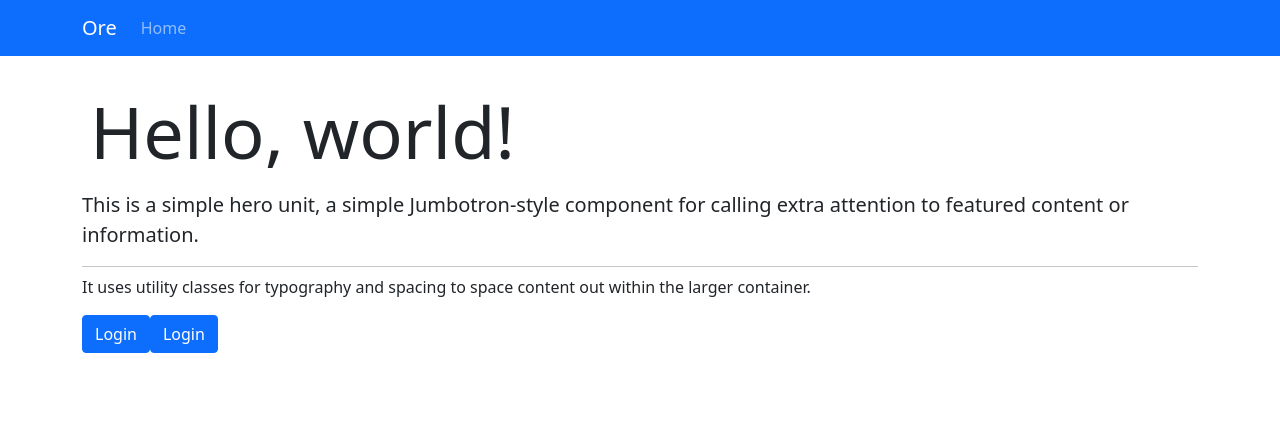
Repository: thf4/React-Front
Page: /
The author's editor kept a copy of each file at every save. The page is drawn from the files as they stood at one save, then again after the next save.
The browser window is 1280 px wide. The pictures show the whole page.
The project was rebuilt for these pictures with package versions that can differ from the ones it lists, and the page was loaded fresh each time. Also part of the build but not shown: src/config/index.js, src/pages/Home/index.js, src/pages/Vizualizar/index.js, src/config/cadastrar.js, src/pages/Cadastrar/index.js, src/pages/Editar/index.js.

Above is the page before, as saved 2021-05-07 15:44:32.

After the next save:
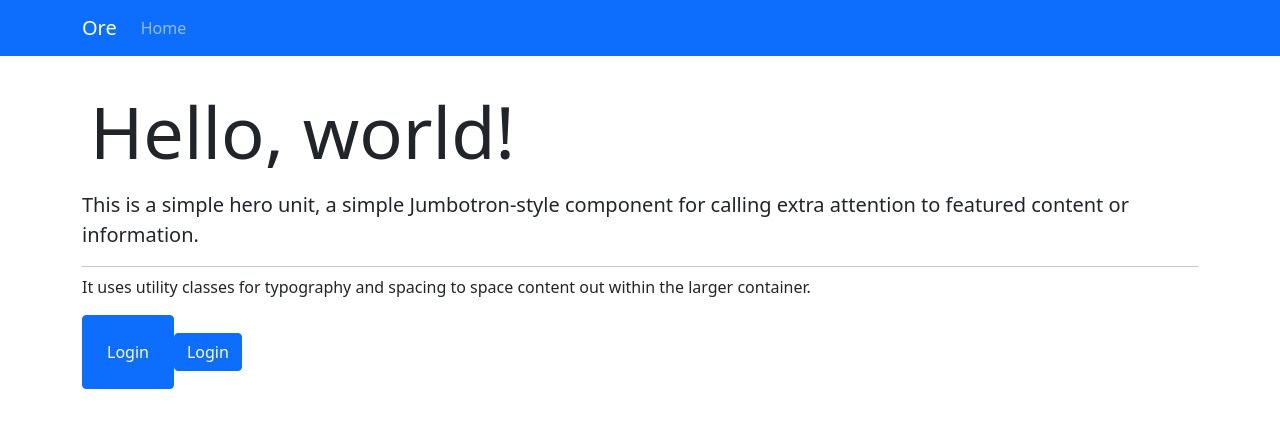
Saved 8 s later.
--- a/src/pages/Login/index.js
+++ b/src/pages/Login/index.js
@@ -17,7 +17,7 @@
             out within the larger container.
           </p>
           <p className="lead">
-            <Button color="primary padding-left-4">Login</Button>
+            <Button color="primary p-4">Login</Button>
             <Button color="primary ">Login</Button>
           </p>
 

After the save that followed:
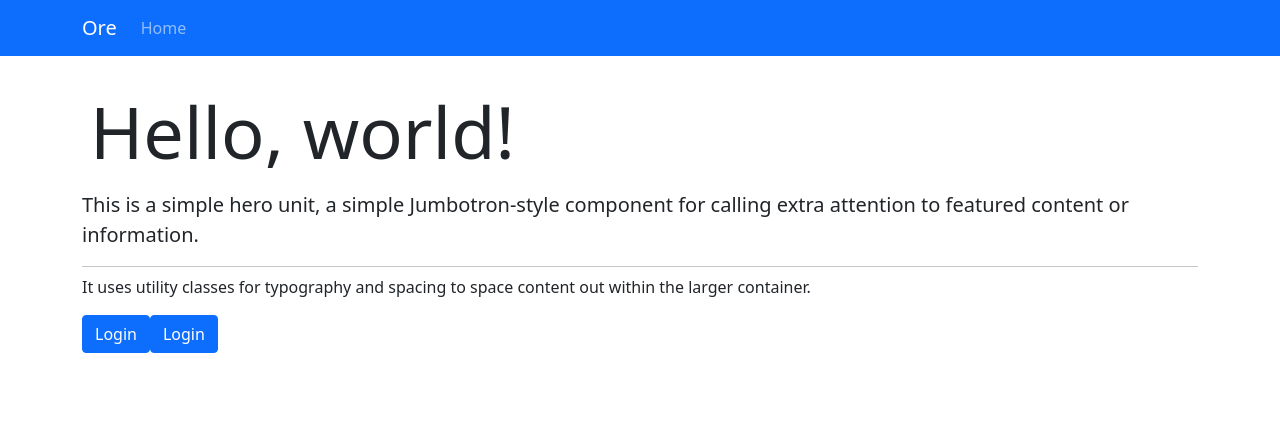
Saved 6 s later.
--- a/src/pages/Login/index.js
+++ b/src/pages/Login/index.js
@@ -17,7 +17,7 @@
             out within the larger container.
           </p>
           <p className="lead">
-            <Button color="primary p-4">Login</Button>
+            <Button color="primary pl-4">Login</Button>
             <Button color="primary ">Login</Button>
           </p>
 
